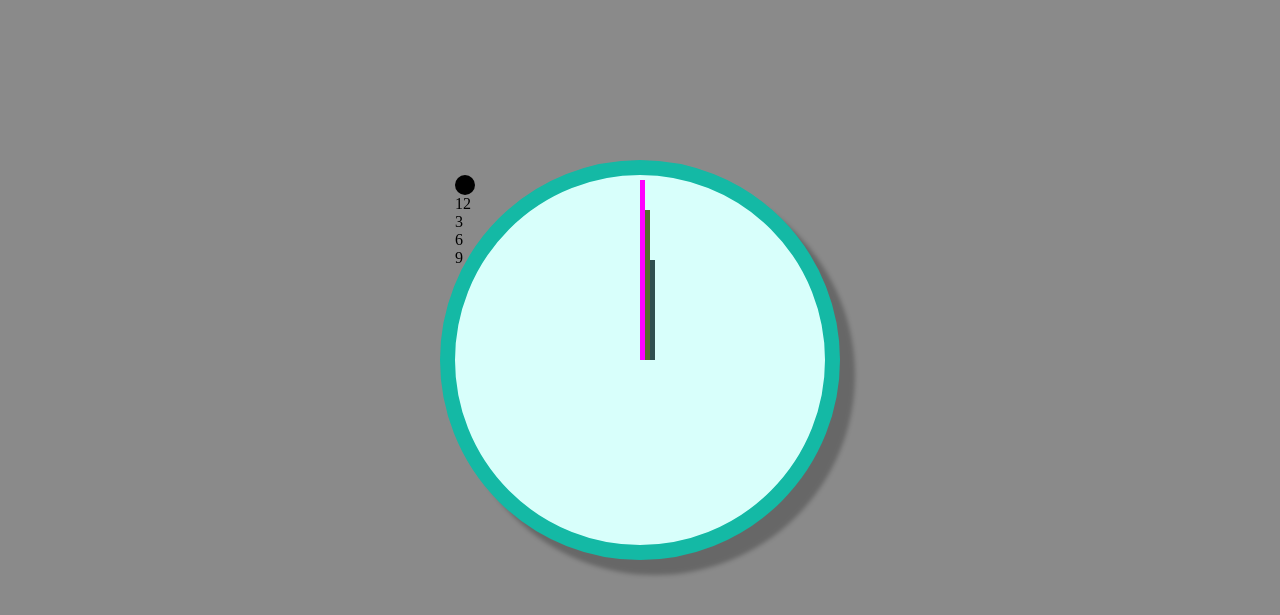
Repository: ChenWarren/web-clock
Page: index.html
These files come from the project's save history. The page is drawn as it stood at one moment and after the next save; the edit follows.
The browser window is 1280 px wide. The pictures show the whole page.

Above is the page before, as saved 2021-03-18 20:55:43.

After the next save:
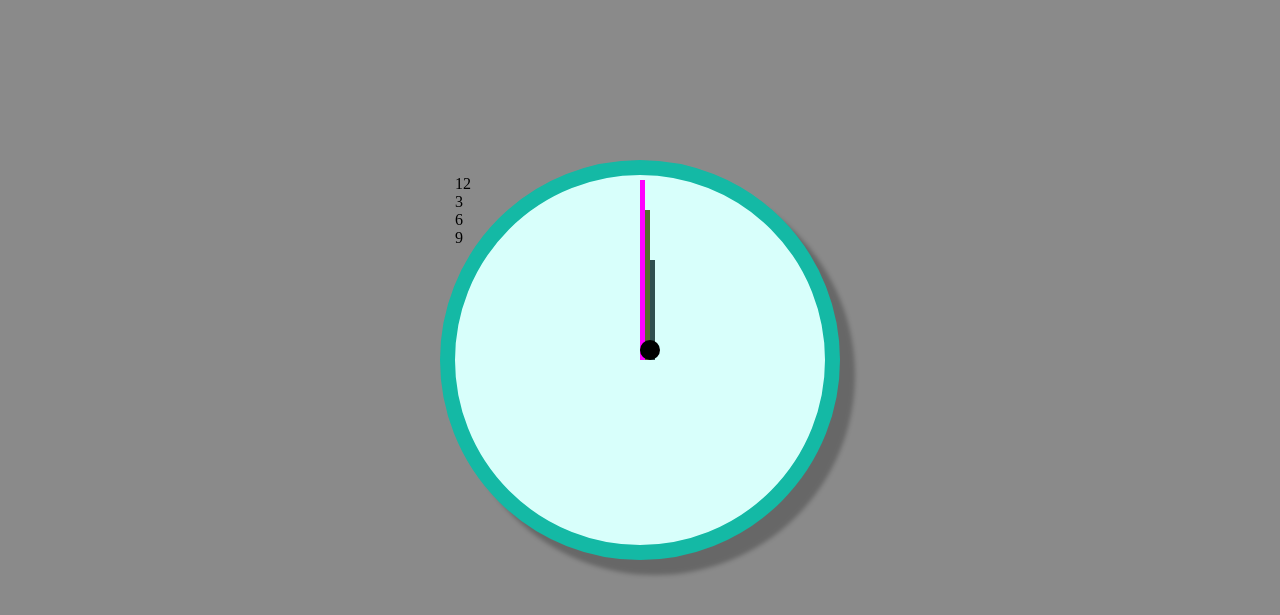
Saved 10 s later.
--- a/main.css
+++ b/main.css
@@ -57,4 +57,7 @@ body {
     width: 20px;
     height: 20px;
     border-radius: 50%;
+    position: absolute;
+    left: 50%;
+    bottom: 50%;
 }
